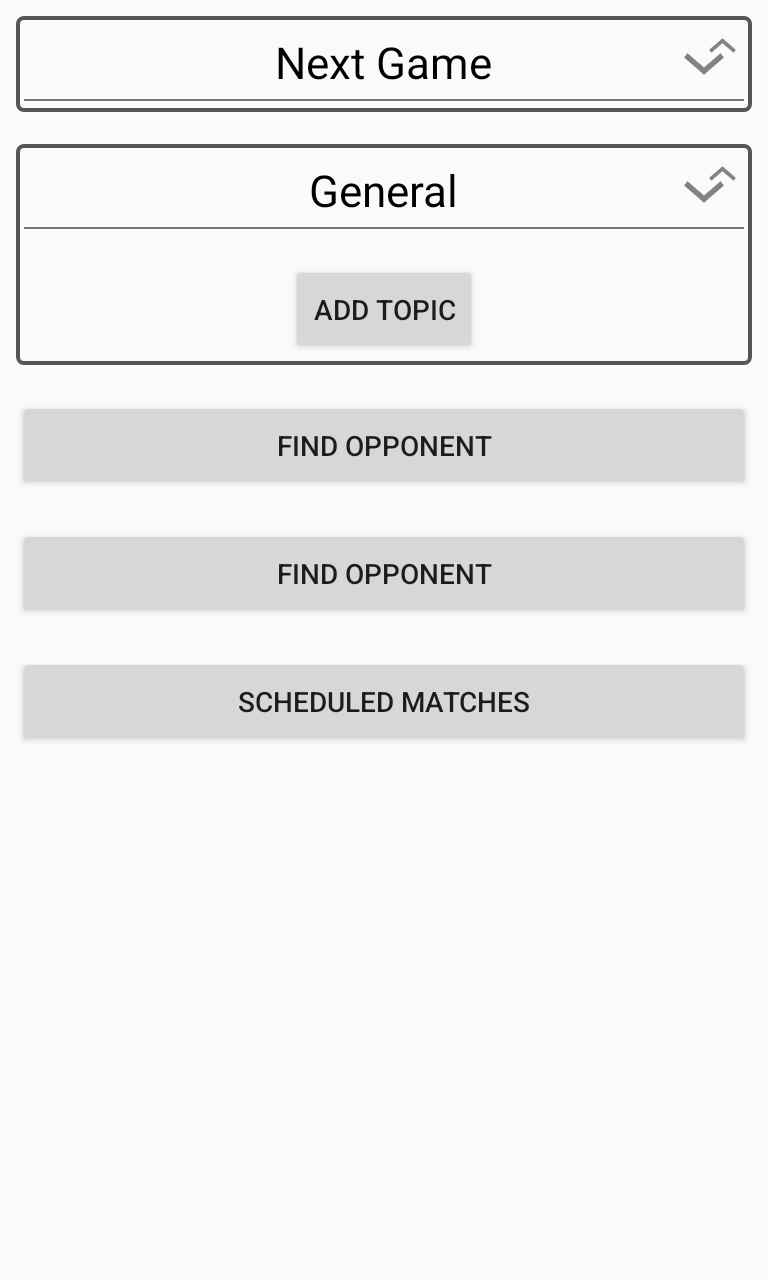
Repository: ASKproxy/TeamQuest
Layout: MatchQuest/res/layout/team_detail_fragment_layout.xml
An editor plug-in stored every save of this project. The layout is shown before and after the next save, followed by the edit.
It is drawn on a 768 x 1280 px phone screen (xhdpi) without system bars, with theme AppTheme; the app's code is not run. The app's manifest (not shown) leaves right-to-left support off. So textAlignment, textDirection and layoutDirection are ignored, and left and right values win over start and end ones.

Above is the layout before, as saved 2016-02-20 18:31:14.

### MatchQuest/res/layout/team_detail_fragment_layout.xml
<?xml version="1.0" encoding="utf-8"?>
<ScrollView xmlns:android="http://schemas.android.com/apk/res/android"
    android:layout_width="match_parent"
    android:layout_height="match_parent" >
<RelativeLayout
    android:layout_width="match_parent"
    android:layout_height="wrap_content"
    android:padding="8dp"

    android:clipToPadding="false">

    <RelativeLayout
        android:id="@+id/nextgame_layout_team_detail"
        android:layout_width="match_parent"
        android:layout_height="wrap_content"
        android:elevation="8dp"

        android:background="@drawable/custom_bg">
        <TextView
            android:id="@+id/nextgame_heading"
            android:layout_width="wrap_content"
            android:layout_height="wrap_content"
            android:textColor="@color/blackColor"
            android:layout_centerHorizontal="true"
            android:padding="4dp"
            android:text="@string/team_detail_nextgame"
            android:textSize="22dp"/>
        <ImageView
            android:id="@+id/expand_icon_team_detail"
            android:layout_width="wrap_content"
            android:layout_height="wrap_content"
            android:layout_alignParentRight="true"
            android:layout_alignParentEnd="true"
            android:padding="4dp"
            android:src="@drawable/navigation_expand"
            android:background="@drawable/image_click"
            android:clickable="true"
            android:layout_alignParentTop="true"/>
        <ImageView
            android:id="@+id/collapse_icon_team_detail"
            android:layout_width="wrap_content"
            android:layout_height="wrap_content"
            android:layout_alignParentRight="true"
            android:layout_alignParentEnd="true"
            android:src="@drawable/navigation_collapse"
            android:background="@drawable/image_click"
            android:clickable="true"
            android:layout_alignParentTop="true"/>
         <View
              android:id = "@+id/seperatorView_nextGame"
             android:layout_width="fill_parent"
             android:layout_height="1dp"
             android:layout_below="@id/nextgame_heading"
             android:background="@color/imageClick"/>

             <LinearLayout
			    android:id="@+id/nextgame_view_team_detail"
			    android:layout_below="@id/seperatorView_nextGame"
			    android:layout_width="fill_parent"
			    android:layout_height="wrap_content"
			    android:orientation="vertical">
			 </LinearLayout>
    </RelativeLayout>


    <RelativeLayout
        android:id="@+id/general_layout_team_detail"
        android:layout_width="match_parent"
        android:layout_height="wrap_content"
        android:layout_below="@id/nextgame_layout_team_detail"
        android:elevation="8dp"
        android:layout_marginTop="16dp"
        android:background="@drawable/custom_bg">
        <TextView
            android:id="@+id/general_heading"
            android:layout_width="wrap_content"
            android:layout_height="wrap_content"
            android:textColor="@color/blackColor"
            android:layout_centerHorizontal="true"
            android:padding="4dp"
            android:text="@string/team_detail_general"
            android:textSize="22dp"/>
        <ImageView
            android:id="@+id/expand_icon_general_team_detail"
            android:layout_width="wrap_content"
            android:layout_height="wrap_content"
            android:layout_alignParentRight="true"
            android:layout_alignParentEnd="true"
            android:padding="4dp"
            android:src="@drawable/navigation_expand"
            android:background="@drawable/image_click"
            android:clickable="true"
            android:layout_alignParentTop="true"/>
        <ImageView
            android:id="@+id/collapse_icon_general_team_detail"
            android:layout_width="wrap_content"
            android:layout_height="wrap_content"
            android:layout_alignParentRight="true"
            android:layout_alignParentEnd="true"
            android:src="@drawable/navigation_collapse"
            android:background="@drawable/image_click"
            android:clickable="true"
            android:layout_alignParentTop="true"/>
         <View
              android:id = "@+id/seperatorView_general"
             android:layout_width="fill_parent"
             android:layout_height="1dp"
             android:layout_below="@id/general_heading"
             android:background="@color/imageClick"/>

             <LinearLayout
			    android:id="@+id/general_view_team_detail"
			    android:layout_below="@id/seperatorView_general"
			    android:layout_width="fill_parent"
			    android:layout_height="wrap_content"
			    android:orientation="vertical">

                 <Button
			     android:id="@+id/addtopic_team_detail"
			     android:layout_width="wrap_content"
			     android:layout_height="wrap_content"
			     android:layout_marginTop="16dp"
			     android:layout_gravity="center_horizontal"
			     android:text="@string/team_detail_addtopic"/>

			 </LinearLayout>

    </RelativeLayout>
    <Button
        android:id = "@+id/findoppo_button_team_detail"
        android:layout_below="@id/general_layout_team_detail"
        android:layout_width="match_parent"
        android:layout_height="wrap_content"
        android:layout_marginTop="16dp"
        android:text="@string/team_detail_findOppo">
         </Button>
       <Button
        android:id = "@+id/requestStatus_button_team_detail"
        android:layout_below="@id/findoppo_button_team_detail"
        android:layout_width="match_parent"
        android:layout_height="wrap_content"
        android:layout_marginTop="16dp"
        android:text="@string/team_detail_findOppo">
         </Button>
           <Button
        android:id = "@+id/matchStatus_button_team_detail"
        android:layout_below="@id/requestStatus_button_team_detail"
        android:layout_width="match_parent"
        android:layout_height="wrap_content"
        android:layout_marginTop="16dp"
        android:text="@string/team_detail_scheduledMatches">
         </Button>

</RelativeLayout>
</ScrollView>

### MatchQuest/res/values/styles.xml
<resources>

   <style name="MyMaterialTheme" parent="MyMaterialTheme.Base">
  <item name="android:actionModeBackground">@color/colorPrimary</item>
    </style>

     <style name="AppTheme" parent="Theme.AppCompat.Light.DarkActionBar">
         <item name="colorPrimary">@color/colorPrimary</item>
        <item name="colorPrimaryDark">@color/colorPrimaryDark</item>
        <item name="colorAccent">@color/colorAccent</item>

    </style>


    <style name="MyMaterialTheme.Base" parent="Theme.AppCompat.Light.DarkActionBar">
        <item name="windowNoTitle">true</item>
         <item name="windowActionBar">false</item>
        <item name="colorPrimary">@color/colorPrimary</item>
        <item name="colorPrimaryDark">@color/colorPrimaryDark</item>
        <item name="colorAccent">@color/colorAccent</item>
        <item name="android:actionModeBackground">@color/colorPrimary</item>

    </style>

    <style name="spinner_style">
          <item name="android:layout_width">match_parent</item>
          <item name="android:layout_height">wrap_content</item>
          <item name="android:background">@drawable/gradient_spinner</item>
          <item name="android:padding">4dp</item>

          <item name="android:popupBackground">#DFFFFFFF</item>
     </style>




</resources>

### MatchQuest/res/values/colors.xml
<?xml version="1.0" encoding="utf-8"?>
<resources>
    <color name="colorPrimary">#4CAF50</color>
    <color name="colorPrimaryDark">#C51162</color>
    <color name="colorAccent">#000000</color>

    <color name="colorSelect">#00C853</color>

    <color name="textColorPrimary">#000000</color>
    <color name="windowBackground">#FFFFFF</color>
    <color name="blackColor">#000000</color>
    <color name = "transparent">#80000000</color>
    <color name = "imageClick">#757575</color>
    <color name = "option_background">#E0E0E0</color>

</resources>

### MatchQuest/res/drawable-hdpi/custom_bg.xml
<?xml version="1.0" encoding="UTF-8"?>
<shape xmlns:android="http://schemas.android.com/apk/res/android">
    <corners android:radius="3dp" />
    <padding android:left="4dp" android:top="4dp"
        android:right="4dp" android:bottom="4dp" />
    <stroke android:color="#555555" android:width="2dp" />
</shape>

### MatchQuest/res/values/strings.xml
<?xml version="1.0" encoding="utf-8"?>
<resources>

    <string name="app_name">TeamQuest</string>
    <string name="hello_world">Hello world!</string>
    <string name="action_settings">Settings</string>

  <string name="drawer_open">Open navigation drawer</string>
    <string name="drawer_close">Close navigation drawer</string>

    <string name = "find_opponent_menu"> Find Opponent </string>
    <string name = "request_status_menu"> Request Status </string>
    <string name = "match_schedule_menu"> Match Schedule </string>

    <!--  LANDING FRAGMENT -->
    <string name="match_button">MATCH</string>
    <string name="player_button">PLAYER</string>


	<!-- TEAM SETUP FRAGMENT -->
	<string name="same_team_button">SAME TEAM</string>
	<string name="new_team_button">NEW TEAM</string>

	<string name="team_creation">Create Your team</string>
	<string name="select_contacts">Select Players</string>
	<string name="search">Search</string>
	<string name="add_members">Add Team Memebers</string>
	<string name="edit">Edit</string>


	<!--  Finding Opponent -->
	<string name = "location"> Preferred Locations</string>
	<string name = "no_ofplayers"> 3</string>
	<string name = "AddTeam"> Add a team</string>
	<string name = "updatesMenu"> Updates</string>
	<string name = "no_data_available"> No data to display,You can create your own team by clicking on the create icon on top</string>

	 <string name="team_filter">Team Filter</string>
    <string name="date_filter">Date Filter</string>

    <!--long press menu team screen  -->
    <string name="edit_team">Edit Team</string>
    <string name="delete_team">get out of the Team</string>
    <string name="team_info">Team Details</string>

    <!-- Team Creation screen -->
        <string name="team_name_hint">Enter Team name</string>
        <string name="team_name_count">20</string>
        <string name="team_member_count">30</string>
        <string name="team_members">Team Members</string>


       <!--Team Edit Screen  -->
        <string name="make_captain">Make Captain</string>
        <string name="make_vice_captain">Make Vice Captain</string>
        <string name="remove_from_team">Remove from team</string>
    	<string name="make_a_call">Make a call</string>
    	 <string name = "no_data_available_edit"> No data to display,You can add peoples to your team by clicking on the Add Team Members Button</string>

    	<!--add members pop up  -->
    	<string name="add">Add</string>
    	<string name="done">Done</string>
    	<string name="close">Close</string>
    	<string name = "no_data_available_popup"> No data to display,All people in your contacts are already available in your team</string>

    	 <string name="team_name_edit">Edit Team Name</string>

    	<!--team detail  -->
    	<string name="team_detail_nextgame">Next Game</string>
    	<string name="team_detail_findOppo">Find Opponent</string>
    	<string name="team_detail_scheduledMatches">Scheduled Matches</string>
    	<string name="team_detail_requestStatus">Request Status</string>
    	<string name="team_detail_general">General</string>
    	<string name="team_detail_addtopic">Add Topic</string>


    	<!--add topic  -->
    	<string name="create">Create</string>
    	<string name="add_topic_topic_title">Topic</string>
    	<string name="add_topic_count">20</string>
    	<string name="add_topic_topic_hint">Enter a topic</string>
    	<string name="add_topic_option_title">Options</string>

    	<string name="add_topic_option_hint_compulsory">mandatory</string>
    	<string name="add_topic_option_hint_optional">optional</string>
    	<string name="add_topic_option_one">1. </string>
    	<string name="add_topic_option_two">2. </string>
    	<string name="add_topic_option_three">3. </string>
    	<string name="add_topic_option_four">4. </string>

    	<!-- topic detail -->

    	<string name="topic_detail_suggest_button">suggest</string>
    	<string name="topic_detail_suggest_text">Suggestions</string>
    	<string name="topic_detail_edit_icon">editIcon</string>
    	<string name="topic_detail_save">save</string>

    	<!-- Request status -->
    	<string name="nop">No Of Player : </string>
    	<string name="loc">Loc : </string>
    	<string name="date">Date : </string>

    	<string name = "close_invite"> Close Invite </string>
    	<string name = "cancel_request"> Cancel Request </string>
    	<string name = "accept_invite"> Accept Invite </string>
    	<string name = "reject_invite"> Reject Invite </string>
    	<string name = "no_data_request_status"> No invites are posted..!! Status of invites posted from FIND OPPONENT option can be found here.  </string>
    	<string name = "no_response_request_status"> No response for this invite </string>

    	<string name = "team_name_request_status">Team Name : </string>
    	<string name = "team_code_request_status">Team Code : </string>
    	<string name = "location_request_status">Location : </string>
    	<string name = "date_request_status">Date :</string>
    	<string name = "nop_request_status">Num of Players :</string>
    	<string name = "players_request_status">Interested Players</string>
    	<string name = "no_players_request_status">No player is interested for this invite</string>

    	<string name = "all_request">Show All Request </string>
    	<string name = "sent_request">Show Sent Request </string>
    	<string name = "received_request">Show Received Request </string>

    	<!-- Find Opponent -->
    	<string name = "expand_icon_content">Expand Icon </string>
    	<string name = "collapse_icon_content">Collapse Icon </string>
    	<string name = "full_screen_icon_content">Full screen Icon </string>
    	<string name = "normal_screen_icon_content">Normal screen Icon </string>

    	<string name="date_findopponent">Date</string>
    	<string name="inviteothers_findopponent">Close</string>
    	<string name="close_findopponent">Invite Others</string>
    	<string name="nop_text_findopponent">No of Players :</string>
    	<string name="emptyView_findopponent">No Team is available on above search criteria, you can post an invite though</string>
    	<string name="invites_findopponent">Invites</string>
    	<string name = "remove_invite_findopponent"> Remove </string>
    	<string name = "accept_invite_findopponent"> Invite </string>

    	<!--Match schedule  -->
    	<string name = "no_data_match_schedule"> No matches are scheduled at the moment..!!   </string>
    	<string name = "no_players_match_schedule">No player is interested for this match</string>

    	<string name="match_detail_nextgame">Match Detail</string>
    	<string name="interested_match_detail">Interested (+1)</string>
    	<string name="notinterested_match_detail">Not Interested (-1)</string>
    	<string name="players_for_match_detail">Choose Players for Match</string>
    	<string name="selectedplayers_for_match_detail">Selected Players for Match</string>

    	<string name="interested_player_match_detail">Interested Players</string>
    	<string name="notinterested_player_match_detail">Not Interested Players</string>
    	<string name="no_players_match_detail">No players to Display</string>
    	<string name="seleted_player_match_detail">Selected Players</string>

</resources>

### MatchQuest/res/drawable-hdpi/image_click.xml
<?xml version="1.0" encoding="utf-8"?>
<selector xmlns:android="http://schemas.android.com/apk/res/android">
    <item android:state_focused="true" android:state_pressed="true" android:drawable="@color/imageClick" />
    <item android:state_focused="false" android:state_pressed="true" android:drawable="@color/imageClick" />
</selector>

After the next save:
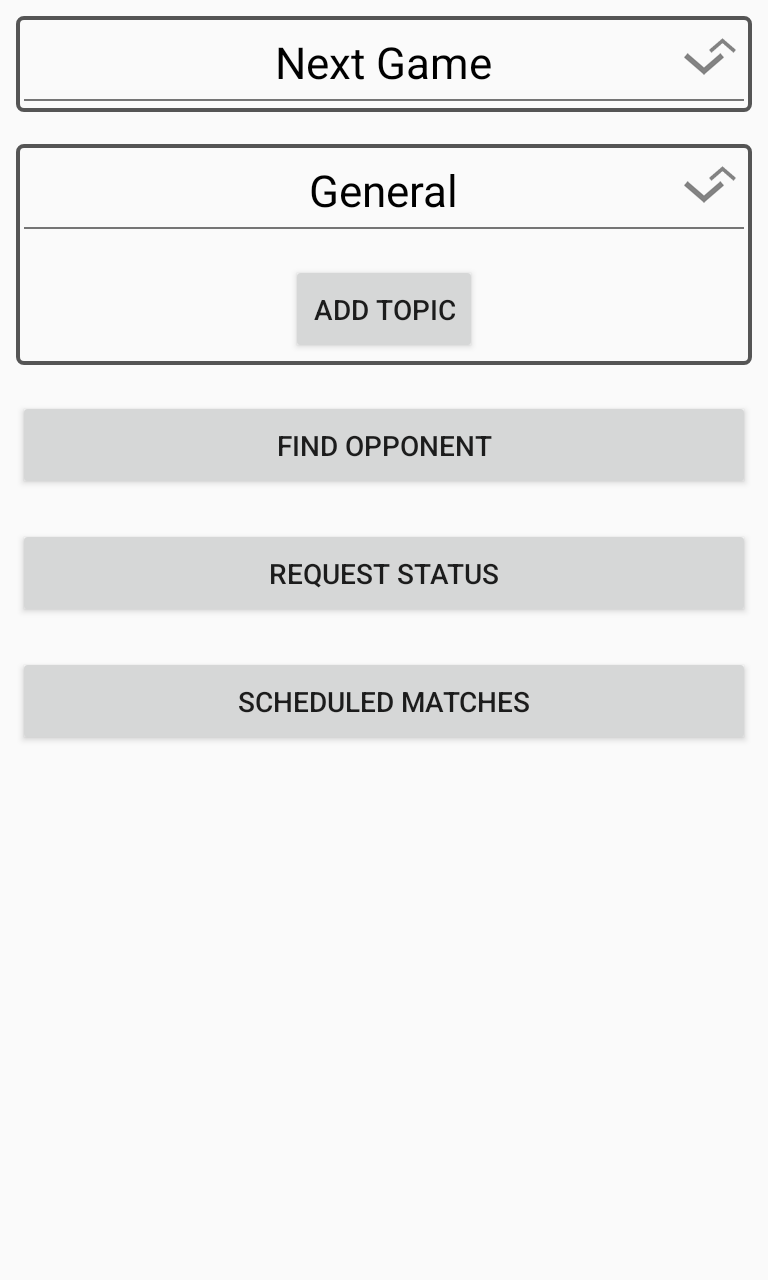
Saved 7 s later.
--- a/MatchQuest/res/layout/team_detail_fragment_layout.xml
+++ b/MatchQuest/res/layout/team_detail_fragment_layout.xml
@@ -140,7 +140,7 @@
         android:layout_width="match_parent"
         android:layout_height="wrap_content"
         android:layout_marginTop="16dp"
-        android:text="@string/team_detail_findOppo">
+        android:text="@string/team_detail_requestStatus">
          </Button>
            <Button
         android:id = "@+id/matchStatus_button_team_detail"
